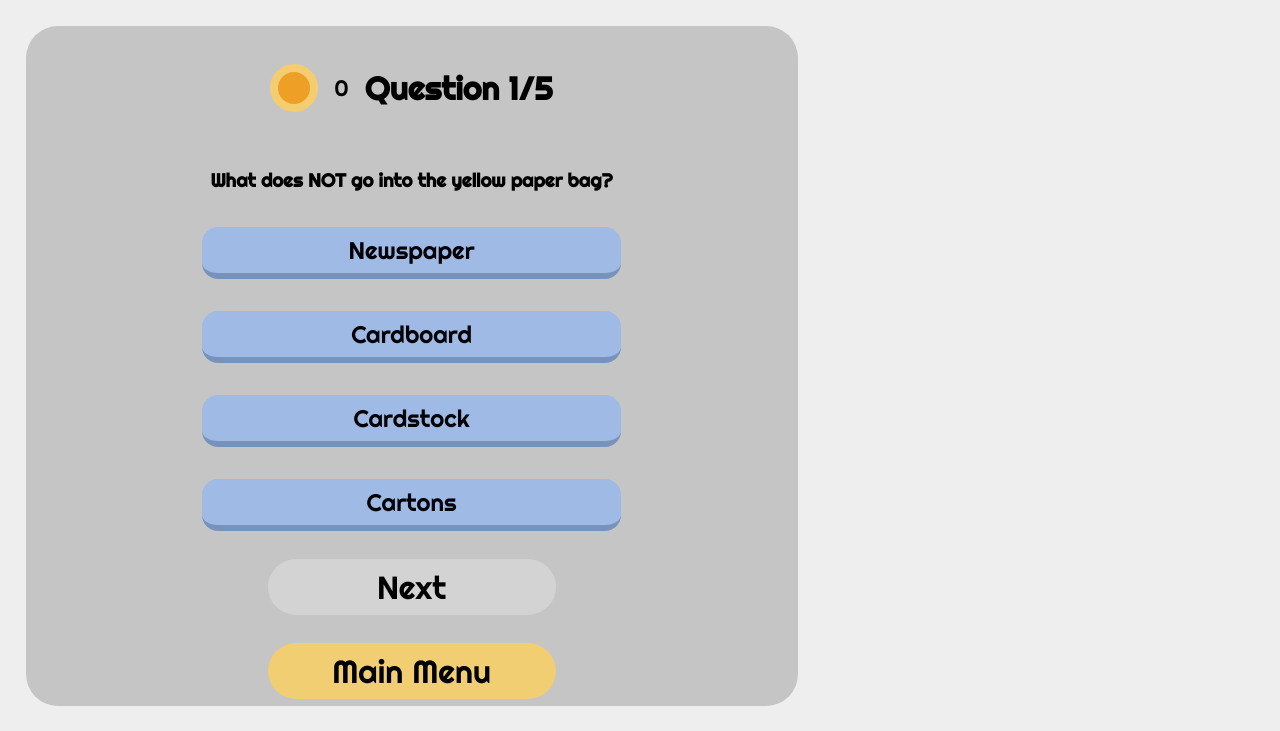
Repository: alemunden/Trash-Scavengers
Page: /quiz
These files come from the project's save history. The page is drawn as it stood at one moment and after the next save; the edit follows.
The browser window is 1280 px wide. The pictures show the whole page.
The project was rebuilt for these pictures with package versions that can differ from the ones it lists, and the page was loaded fresh each time. The framework's server and built-in components were replaced by stand-ins that run in the browser. Also part of the build but not shown: next.config.mjs.

Above is the page before, as saved 2024-04-07 22:14:12.

After the next save:
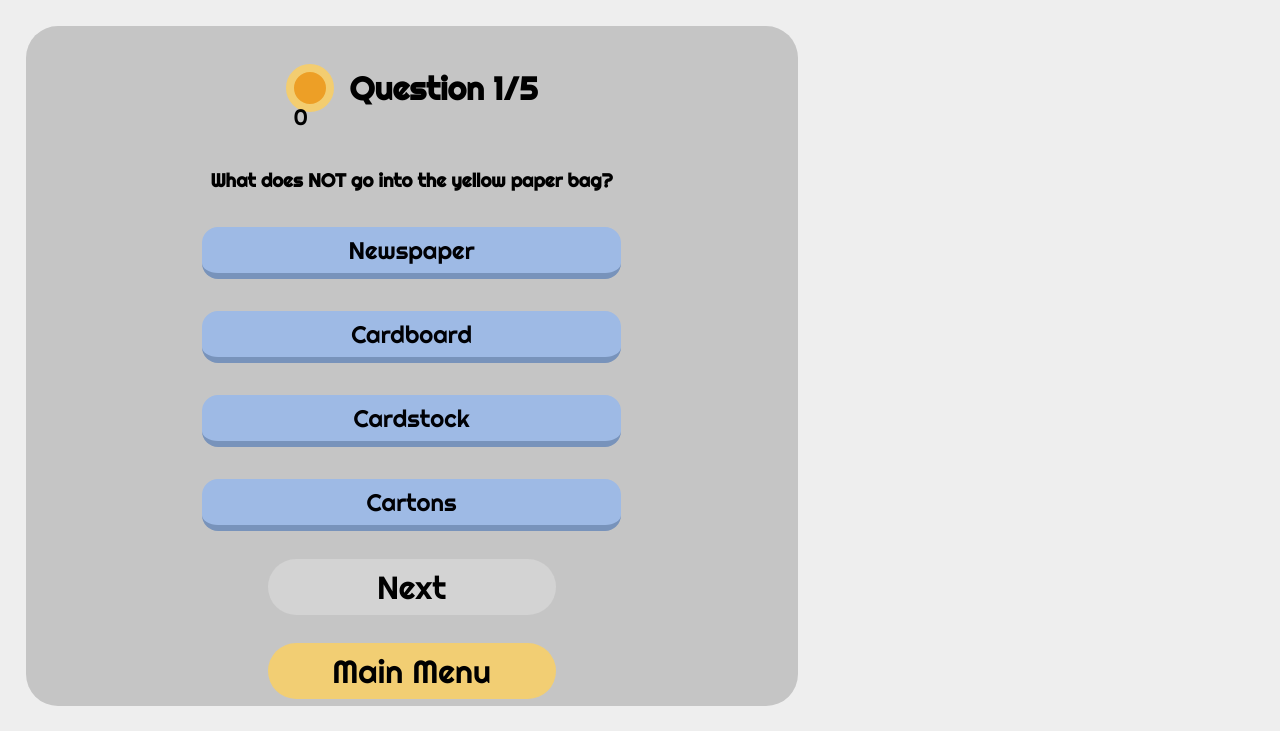
Saved 23 s later.
--- a/pages/quiz.js
+++ b/pages/quiz.js
@@ -62,8 +62,9 @@ export default function Quiz() {
             <link rel="preconnect" href="https://fonts.gstatic.com" crossorigin/>
             <link href="https://fonts.googleapis.com/css2?family=Righteous&display=swap" rel="stylesheet"/>
             <div className={styles.questionHeaderContainer}>
-                <div className={styles.coin}></div>
-                <p className={styles.pointsCounter}><span>{result.score}</span></p>
+                <div className={styles.coin}>
+                    <p className={styles.pointsCounter}><span>{result.score}</span></p>
+                </div>
                 <h2 className={styles.questionHeader}>
                     Question {activeQuestion + 1}
                     <span>/{questions.length}</span>
